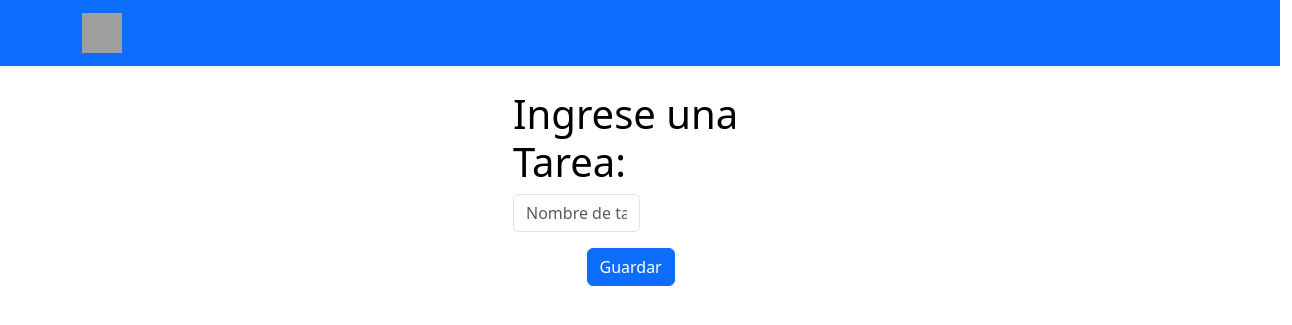
Repository: mgarrido0gb/registroTareas
Page: http://localhost/Tareas/Home
These files come from the project's save history. The page is drawn as it stood at one moment and after the next save; the edit follows.
The browser window is 1280 px wide. The page is 1292 px wide, so the pictures cover 1292 px, including what lies to the right of the window. The pictures show the whole page.
Pictures or frames that could not be fetched are drawn as grey boxes. The page is served by Tomcat 10. Other server files are loaded and not shown. Queries for data that is not in the repository find no rows.

Above is the page before, as saved 2024-05-21 16:47:16.

### Tareas/src/main/webapp/WEB-INF/home.jsp
<%@page import="models.Categoria"%>
<%@page import="models.Tarea"%>
<%@ page language="java" contentType="text/html; charset=ISO-8859-1"
    pageEncoding="ISO-8859-1" import="java.util.ArrayList" import="models.Tarea" import="models.Categoria"%>
<!doctype html>
<html lang="en">
  <head>
    <meta charset="utf-8">
    <meta name="viewport" content="width=device-width, initial-scale=1">
    <title>Registro Tareas</title>
    <link href="https://cdn.jsdelivr.net/npm/bootstrap@5.3.3/dist/css/bootstrap.min.css" rel="stylesheet" integrity="sha384-QWTKZyjpPEjISv5WaRU9OFeRpok6YctnYmDr5pNlyT2bRjXh0JMhjY6hW+ALEwIH" crossorigin="anonymous">
    <style type="text/css">
    	body{
    		background-color: white;
    		color: black;
    	}

    	li{
    		color: black;
    	}

    	.logotipo{
    		width: 30px;
    		height: 30px;
    	}






    </style>

  </head>
  <body>
  	<nav class="navbar bg-primary" id="nav">
  		<div class="container">
    		<a class="navbar-brand" href="#">
      			<img src="https://cdn-icons-png.flaticon.com/512/181/181627.png"  width="40" height="40">
    		</a>
  		</div>
	</nav>

    <div class="row">
    	<div class="col-3 offset-3 d-block m-auto m-0">
    		<form action="/Tareas/Home" method="post">
    			<div class="p-4">
    				<h1>Ingrese una Tarea: </h1>

    				<div class="text-center  col-sm-6">
    					<input class="form-control" placeholder="Nombre de tarea" name="texto" type="text" required>
    				</div>
    			<div>
    			<div class="row">
    				<div class="col-3 offset-3 p-3">
    					<input type="submit" value="Guardar" class="btn btn-primary">
    				</div>

    			</div>
    		</div>

    	</form>

    </div>


    </div>
   <div class="row">
   		<div class="col-3 offset-2 d-block m-auto m-0 p-3">
   			 <%
    			ArrayList<Tarea> tareas = (ArrayList<Tarea>)request.getAttribute("tareas");
    		%>

    			<% for (Tarea t: tareas) { %>
    				<ul class="list-group">
    					<li <% if (t.completada == true){ %>class="text-decoration-line-through text-danger"<% } %> class="list-group-item">
    		 				<%=t.texto %> (creada en: <%=t.fecha %>)
    		 				<a href="/Tareas/CheckearTarea?id=<%=t.id%>"><img src="https://img.icons8.com/?size=48&id=sz8cPVwzLrMP&format=png" class="logotipo"></img></a>
    		 				<a href="/Tareas/GestionTarea?id=<%=t.id%>"><img src="https://img.icons8.com/?size=48&id=pre7LivdxKxJ&format=png" class="logotipo"></img></a>
    					</li>
    				<br>
    			<%}%>
    		</ul>

   		</div>
   </div>
    <script src="https://cdn.jsdelivr.net/npm/bootstrap@5.3.3/dist/js/bootstrap.bundle.min.js" integrity="sha384-YvpcrYf0tY3lHB60NNkmXc5s9fDVZLESaAA55NDzOxhy9GkcIdslK1eN7N6jIeHz" crossorigin="anonymous"></script>
  </body>
</html>

### Tareas/src/main/java/servlets/Home.java
package servlets;

import jakarta.servlet.RequestDispatcher;
import jakarta.servlet.ServletException;
import jakarta.servlet.annotation.WebServlet;
import jakarta.servlet.http.HttpServlet;
import jakarta.servlet.http.HttpServletRequest;
import jakarta.servlet.http.HttpServletResponse;
import models.Categoria;
import models.Tarea;

import java.io.IOException;
import java.sql.SQLException;
import java.util.ArrayList;

import daos.CategoriaDao;
import daos.TareaDao;


/**
 * Servlet implementation class Home
 */
public class Home extends HttpServlet {
	private static final long serialVersionUID = 1L;

    /**
     * Default constructor.
     */
    public Home() {
        // TODO Auto-generated constructor stub
    }

	/**
	 * @throws IOException
	 * @throws ServletException
	 * @see HttpServlet#doGet(HttpServletRequest request, HttpServletResponse response)
	 */
	protected void doGet(HttpServletRequest request, HttpServletResponse response) throws ServletException, IOException  {
		// TODO Auto-generated method stub
		try {
			ArrayList<Tarea> tareas = TareaDao.getAll();
			System.out.println(tareas);
			request.setAttribute("tareas", tareas);

			ArrayList<Categoria> cats = CategoriaDao.getAll();
			request.setAttribute("cats", cats);
		} catch(SQLException e) {
			System.out.println(e);
		}


		// 2. Cargamos el JSP
		RequestDispatcher vista = request.getRequestDispatcher("WEB-INF/home.jsp");
		vista.forward(request, response);
	}

	/**
	 * @see HttpServlet#doPost(HttpServletRequest request, HttpServletResponse response)
	 */
	protected void doPost(HttpServletRequest request, HttpServletResponse response) throws ServletException, IOException {
		// TODO Auto-generated method stub
		String textoNuevaTarea = request.getParameter("texto");
		try {
			TareaDao.addNew(textoNuevaTarea);

		} catch (SQLException e) {
			// TODO Auto-generated catch block
			e.printStackTrace();
		}


		response.sendRedirect("/Tareas/Home");
	}

}

### Tareas/src/main/java/daos/TareaDao.java
package daos;

import java.sql.Connection;
import java.sql.PreparedStatement;
import java.sql.ResultSet;
import java.sql.SQLException;
import java.sql.Statement;
import java.util.ArrayList;

import models.Categoria;
import models.MyConn;
import models.Tarea;

public class TareaDao {

	static public void addNew(String textoNuevaTarea) throws SQLException {
		//1.-  nueva conexion
		Connection conn = MyConn.getConnection();
		//2.- consulta
		PreparedStatement consulta =conn.prepareStatement("INSERT INTO TAREAS (texto) values(?)");
		consulta.setString(1, textoNuevaTarea);
		consulta.execute();
	}

	static public void deleteById (int idTarea) throws SQLException {
		// 1. Pedimos una conexion nueva
		Connection conn = MyConn.getConnection();
		// 2. Creamos la consulta
		PreparedStatement stmt = conn.prepareStatement(
			"delete from tareas where id=?"
		);
		stmt.setInt(1, idTarea);
		// 3. Ejecutar la stmt
		stmt.executeUpdate();
	  }

	static public void checkById (int idTarea) throws SQLException {
		// 1. Pedimos una conexion nueva
		Connection conn = MyConn.getConnection();
		// 2. Creamos la consulta
		PreparedStatement stmt = conn.prepareStatement(
			"update tareas set completada = true where id = ?"
		);
		stmt.setInt(1, idTarea);
		// 3. Ejecutar la stmt
		stmt.executeUpdate();
	  }





	static public ArrayList<String> get_textos () throws SQLException {
		// 1. Creamos un ArrayList vacío
		ArrayList<String> textos = new ArrayList<String>();
		// 2. Pedimos una conección nueva
		Connection conn = MyConn.getConnection();
		// 3. Creamos y ejecutamos la consulta
		Statement consulta = conn.createStatement();
		ResultSet respuesta = consulta.executeQuery("select * from tareas");

		// 4. Vamos llenando el ArrayList con lo que tenga la respuesta
		while (respuesta.next()) {
		  textos.add( respuesta.getString("texto") );
		}
		// 5. Retornamos el ArrayList, ahora lleno
		return textos;
	  }



	static public ArrayList<Tarea> getAll () throws SQLException {
		// 1. Creamos un ArrayList vacío
		ArrayList<Tarea> tareas = new ArrayList<Tarea>();
		// 2. Pedimos una conección nueva
		Connection conn = MyConn.getConnection();
		// 3. Creamos y ejecutamos la consulta
		Statement consulta = conn.createStatement();
		ResultSet respuesta = consulta.executeQuery("select * from tareas");

		// 4. Vamos llenando el ArrayList con lo que tenga la respuesta
		while (respuesta.next()) {
			Tarea t = new Tarea(
					respuesta.getInt("id"),
					respuesta.getString("texto"),
					respuesta.getBoolean("completada"),
					respuesta.getDate("fecha")

			);
		  tareas.add(t);
		}
		return tareas;
	  }
}

### Tareas/src/main/java/models/MyConn.java
package models;

import java.sql.Connection;
import java.sql.DriverManager;
import java.sql.SQLException;

public class MyConn {
	static final String URL = "jdbc:postgresql://localhost/ejemplo_dao";
	static final String USER = "postgres";
	static final String PASSWORD = "12345";
	static final String DRIVER = "org.postgresql.Driver";

	static public Connection conn = null;

    static public Connection getConnection () {
      if (conn != null) {
        return conn;
      }
      try {
    	Class.forName(DRIVER);
    	conn = (Connection) DriverManager.getConnection(URL, USER, PASSWORD);
      }
      catch (ClassNotFoundException | SQLException e) {
    	e.printStackTrace();
      }
      return conn;
    }
}

### Tareas/src/main/java/daos/CategoriaDao.java
package daos;

import java.sql.Connection;
import java.sql.ResultSet;
import java.sql.SQLException;
import java.sql.Statement;
import java.util.ArrayList;

import models.Categoria;
import models.MyConn;


public class CategoriaDao {
	static public ArrayList<Categoria> getAll () throws SQLException {
		// 1. Creamos un ArrayList vacío
		ArrayList<Categoria> categorias = new ArrayList<Categoria>();
		// 2. Pedimos una conección nueva
		Connection conn = MyConn.getConnection();
		// 3. Creamos y ejecutamos la consulta
		Statement consulta = conn.createStatement();
		ResultSet respuesta = consulta.executeQuery("select * from categoria order by id");

		// 4. Vamos llenando el ArrayList con lo que tenga la respuesta
		while (respuesta.next()) {
			Categoria c = new Categoria(
					respuesta.getInt("id"),
					respuesta.getString("nombre")

			);
		  categorias.add(c);
		}
		return categorias;
	  }
}

After the next save:
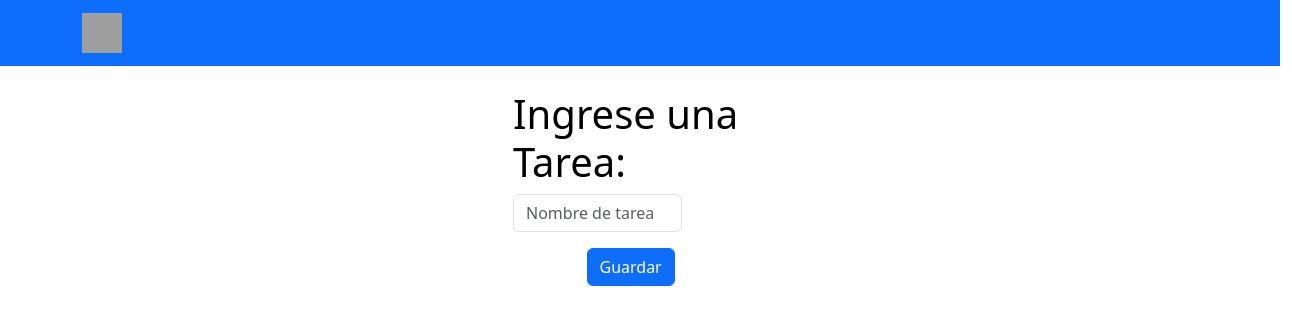
Saved 20 s later.
--- a/Tareas/src/main/webapp/WEB-INF/home.jsp
+++ b/Tareas/src/main/webapp/WEB-INF/home.jsp
@@ -47,7 +47,7 @@
     			<div class="p-4">
     				<h1>Ingrese una Tarea: </h1>
 
-    				<div class="text-center  col-sm-6">
+    				<div class="text-center  col-sm-8">
     					<input class="form-control" placeholder="Nombre de tarea" name="texto" type="text" required>
     				</div>
     			<div>
